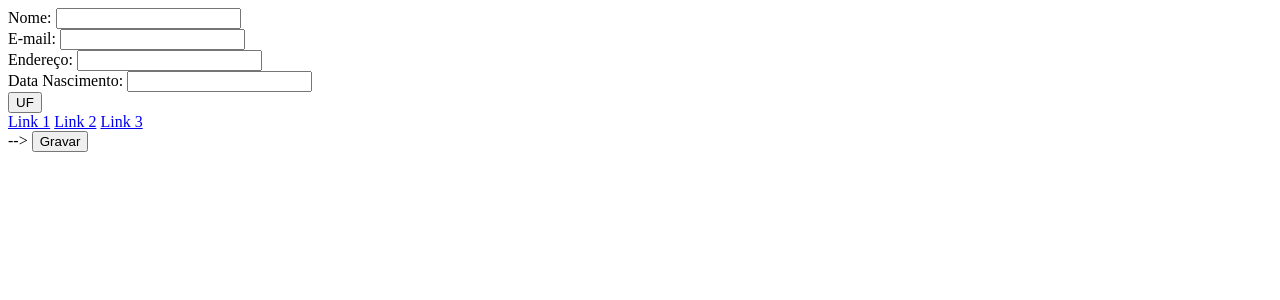
Repository: Natan16/CRUDJUSTTO
Page: CRUDJUSTTOWEB/WebContent/adiciona-advogado.html
An editor plug-in stored every save of this project. The page is shown before and after a run of saves, followed by the edit.
The browser window is 1280 px wide. The pictures show the whole page.

Above is the page before, as saved 2019-08-31 10:35:22.

After the next 2 saves:
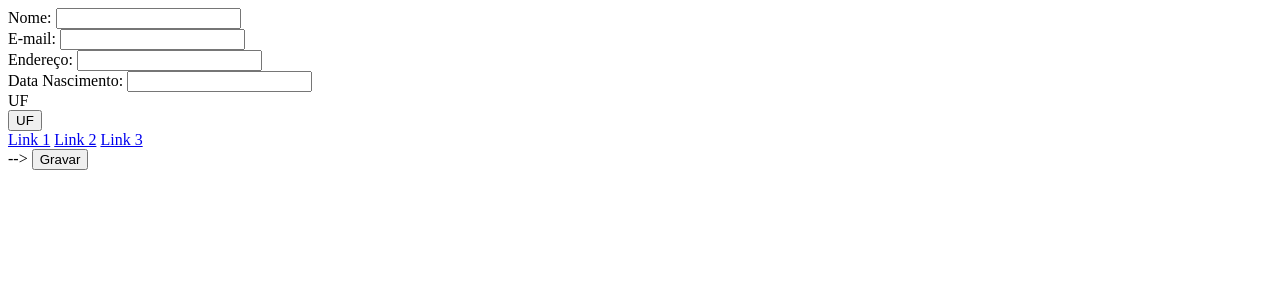
The 2 saves are shown as one change because they came seconds apart.
The last was saved 7 s later.
--- a/CRUDJUSTTOWEB/WebContent/adiciona-advogado.html
+++ b/CRUDJUSTTOWEB/WebContent/adiciona-advogado.html
@@ -5,6 +5,7 @@
              E-mail: <input type="text" name="email" /><br />
              Endereço: <input type="text" name="endereco" /><br />
              Data Nascimento: <input type="text" name="dataNascimento" /><br />
+             UF
              <div class="dropdown">
   				<button class="dropbtn">UF</button>
 	  				<div class="dropdown-content">
